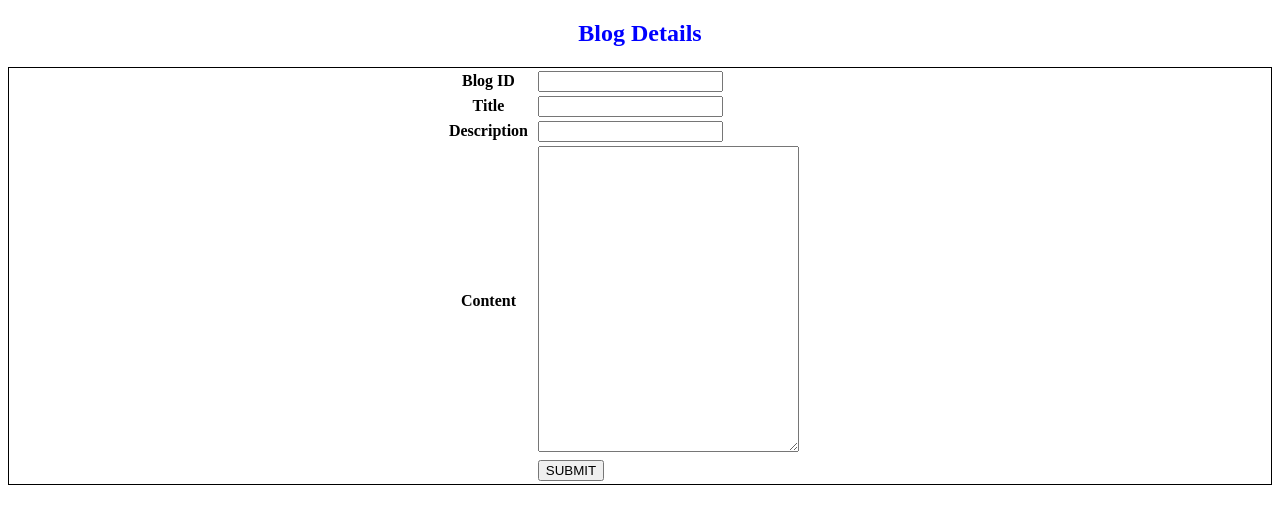
Repository: choubeyshubham018/CompleteJavaQuestions
Page: http://localhost/Ques_17_ServletBlogApplication/blog.jsp
An editor plug-in stored every save of this project. The page is shown before and after the next save, followed by the edit.
The browser window is 1280 px wide. The pictures show the whole page.
The page is served by Tomcat 9. Other server files are loaded and not shown.

Above is the page before, as saved 2023-09-19 07:24:20.

### Servlet Assignment/Ques_17_ServletBlogApplication/src/main/webapp/blog.jsp
<%@ page language="java" contentType="text/html; charset=ISO-8859-1"
    pageEncoding="ISO-8859-1"%>
<!DOCTYPE html>
<html>
<head>
<meta charset="ISO-8859-1">
<title>Blogging Page</title>
</head>
<body>
<h2 style="text-align: center; color: blue;"> Blog Details</h2>
<div style="border: 1px solid;">
<form action="/blog" method="post">
<table align="center" width="400 px">
<tr>
	<th>Blog ID  </th>
	<td><input type="text" name="bid"></td>
</tr>

<tr>
	<th>Title  </th>
	<td><input type="text" name="title"></td>
</tr>
<tr>
	<th>Description  </th>
	<td><input type="text" name="bid"></td>
</tr>
<tr>
	<th>Content</th>
	<td><textarea rows="20" cols="30" name="content"></textarea></td>
</tr>
<tr>
<td style="align-self: center"></td>
<td >
<input type="submit" value="SUBMIT" >
</td>
</tr>
</table>
</form>
</div>
</body>
</html>

After the next save:
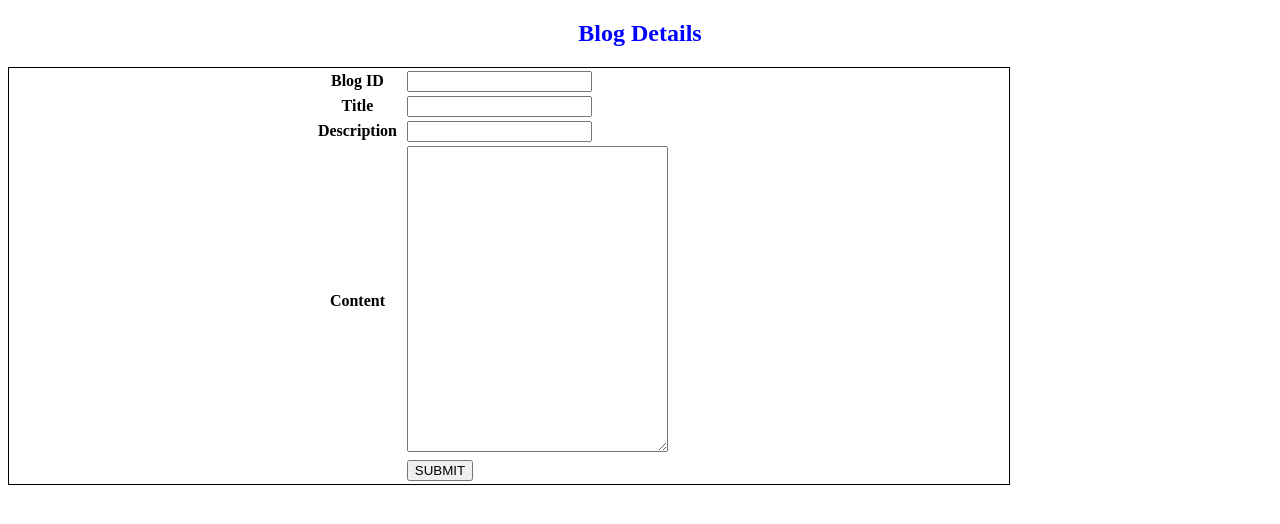
Saved 46 s later.
--- a/Servlet Assignment/Ques_17_ServletBlogApplication/src/main/webapp/blog.jsp
+++ b/Servlet Assignment/Ques_17_ServletBlogApplication/src/main/webapp/blog.jsp
@@ -8,7 +8,7 @@
 </head>
 <body>
 <h2 style="text-align: center; color: blue;"> Blog Details</h2>
-<div style="border: 1px solid;">
+<div style="border: 1px solid; padding: 10 px; width: 1000px">
 <form action="/blog" method="post">
 <table align="center" width="400 px">
 <tr>
